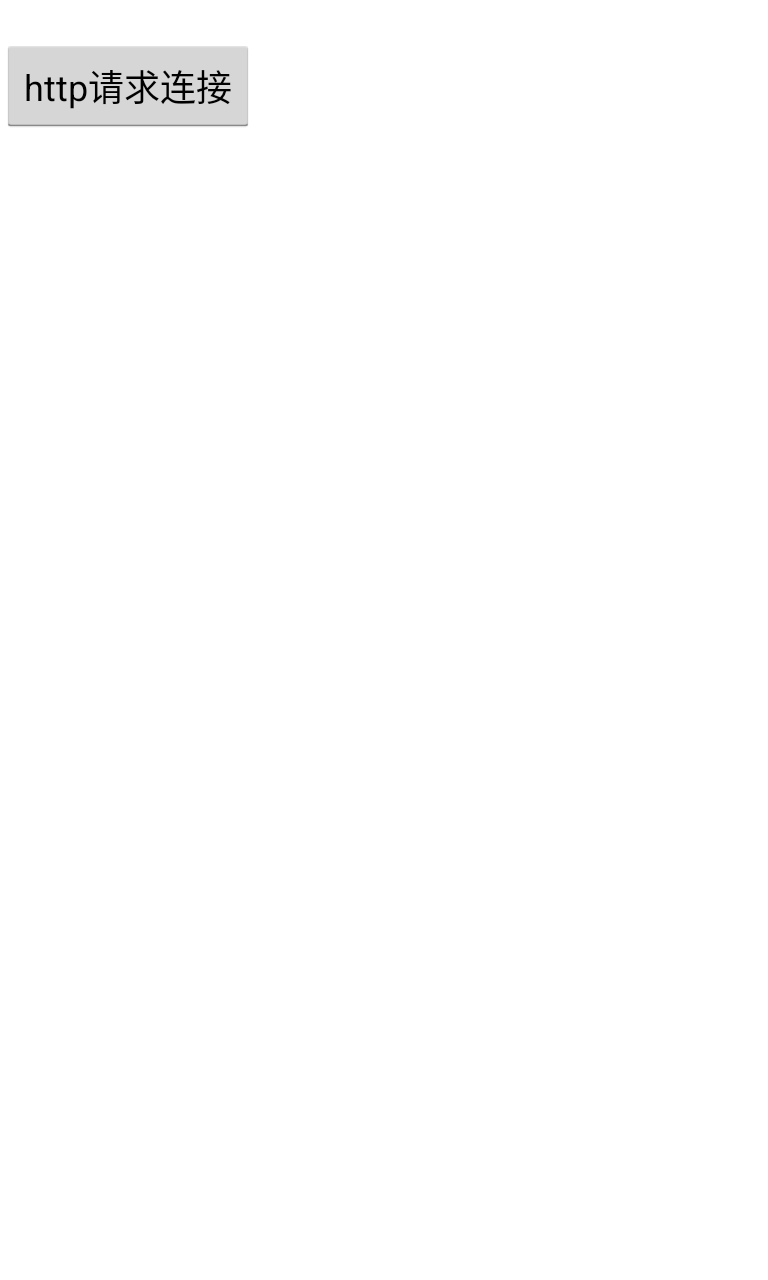
Repository: Lei13/Android
Layout: androidframe/res/layout/http_connect_activity_layout.xml
These files come from the project's save history. The layout is drawn as it stood at one moment and after the next save; the edit follows.
It is drawn on a 768 x 1280 px phone screen (xhdpi) without system bars, with theme AppTheme; the app's code is not run.

Above is the layout before, as saved 2015-11-19 02:20:40.

### androidframe/res/layout/http_connect_activity_layout.xml
<?xml version="1.0" encoding="utf-8"?>
<LinearLayout xmlns:android="http://schemas.android.com/apk/res/android"
    android:layout_width="match_parent"
    android:layout_height="match_parent"
    android:orientation="vertical" >
    <TextView
        android:id="@+id/http_show_txt"
        android:layout_width="wrap_content"
        android:layout_height="wrap_content"/>
    <Button
        android:id="@+id/http_request_btn"
        android:layout_width="wrap_content"
        android:layout_height="wrap_content"
        android:text="http请求连接"/>

</LinearLayout>

### androidframe/res/values/styles.xml
<resources xmlns:android="http://schemas.android.com/apk/res/android">

    <!--
        Base application theme, dependent on API level. This theme is replaced
        by AppBaseTheme from res/values-vXX/styles.xml on newer devices.
    -->
    <style name="AppBaseTheme" parent="android:Theme.Light">
        <!--
            Theme customizations available in newer API levels can go in
            res/values-vXX/styles.xml, while customizations related to
            backward-compatibility can go here.
        -->
    </style>

    <!-- Application theme. -->
    <style name="AppTheme" parent="AppBaseTheme">
        <!-- All customizations that are NOT specific to a particular API-level can go here. -->
    </style>

    <style name="shape_style">
        <item name="android:layout_width">wrap_content</item>
        <item name="android:layout_height">wrap_content</item>
        <item name="android:textSize">18sp</item>
        <item name="android:padding">5dp</item>
        <item name="android:layout_marginTop">5dp</item>
        <item name="android:gravity">center</item>

    </style>
</resources>

Loaded but not shown: androidframe/res/values-v11/styles.xml (common file); androidframe/res/values-v14/styles.xml (common file)

After the next save:
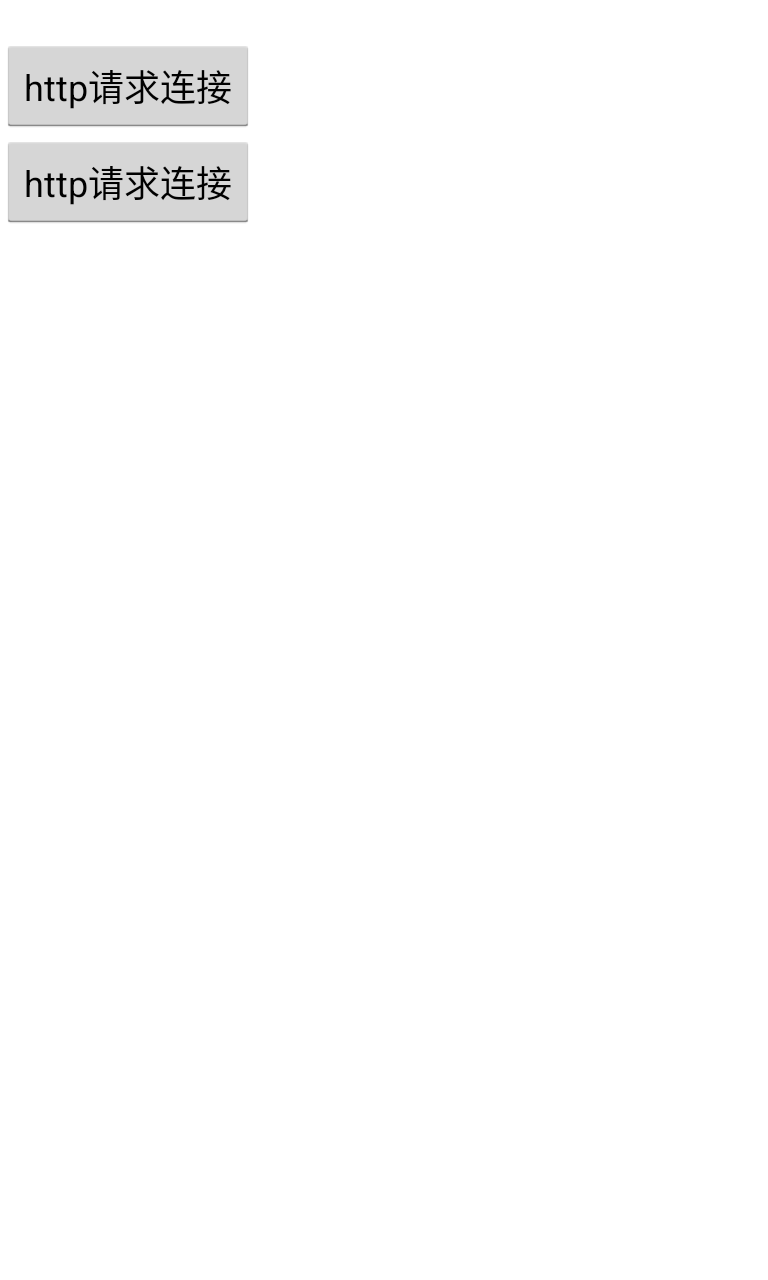
Saved 16 s later.
--- a/androidframe/res/layout/http_connect_activity_layout.xml
+++ b/androidframe/res/layout/http_connect_activity_layout.xml
@@ -13,4 +13,10 @@
         android:layout_height="wrap_content"
         android:text="http请求连接"/>
 
+    <Button
+        android:id="@+id/http_request_btn"
+        android:layout_width="wrap_content"
+        android:layout_height="wrap_content"
+        android:text="http请求连接"/>
+
 </LinearLayout>
